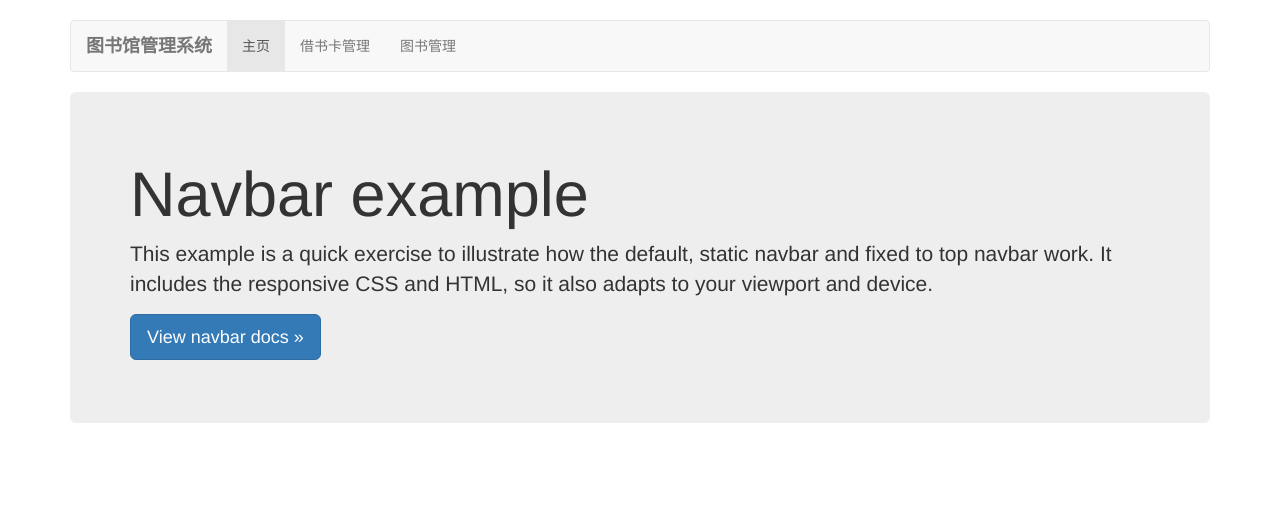
Repository: chaice/code
Page: http://localhost/web5/home
An editor plug-in stored every save of this project. The page is shown before and after the next save, followed by the edit.
The browser window is 1280 px wide. The pictures show the whole page.
Some web libraries are served in a nearby version. The page is served by Tomcat 9. The session is filled in as if someone had signed in: {"username": "testuser"}.

Above is the page before, as saved 2016-06-01 08:10:51.

After the next save:
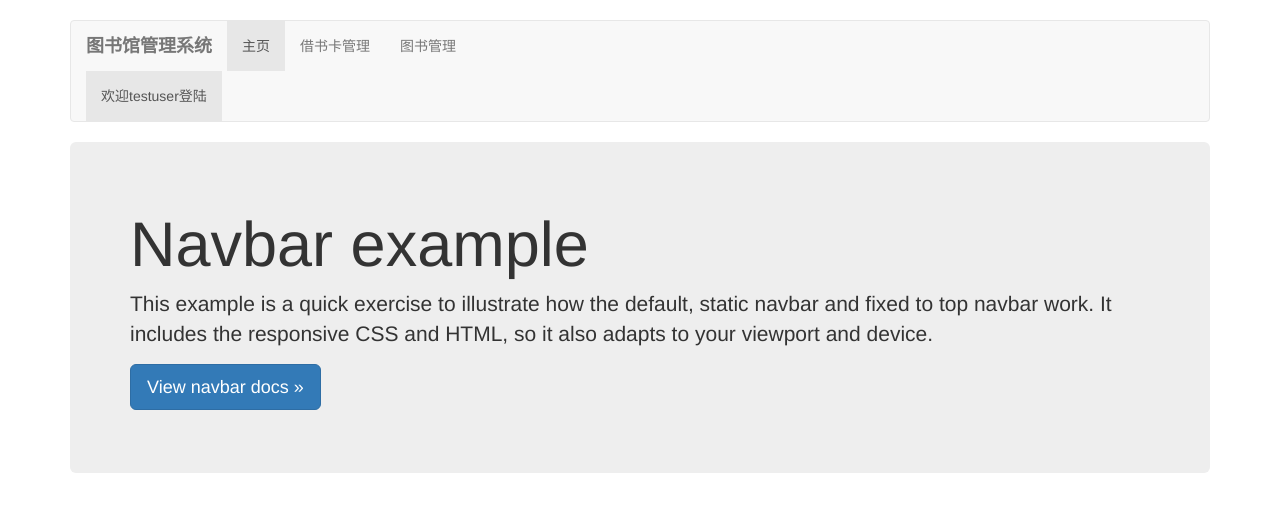
Saved 5 min 2 s later.
--- a/web5/WebContent/WEB-INF/views/head.jsp
+++ b/web5/WebContent/WEB-INF/views/head.jsp
@@ -34,5 +34,6 @@ body {
 						<li><a href="/book">图书管理</a></li>
 					</ul>
 				</div>
+				<div><ul class="nav navbar-nav"><li><a>欢迎<%=name%>登陆</a></li></ul></div>
 			</div>
 		</nav>
